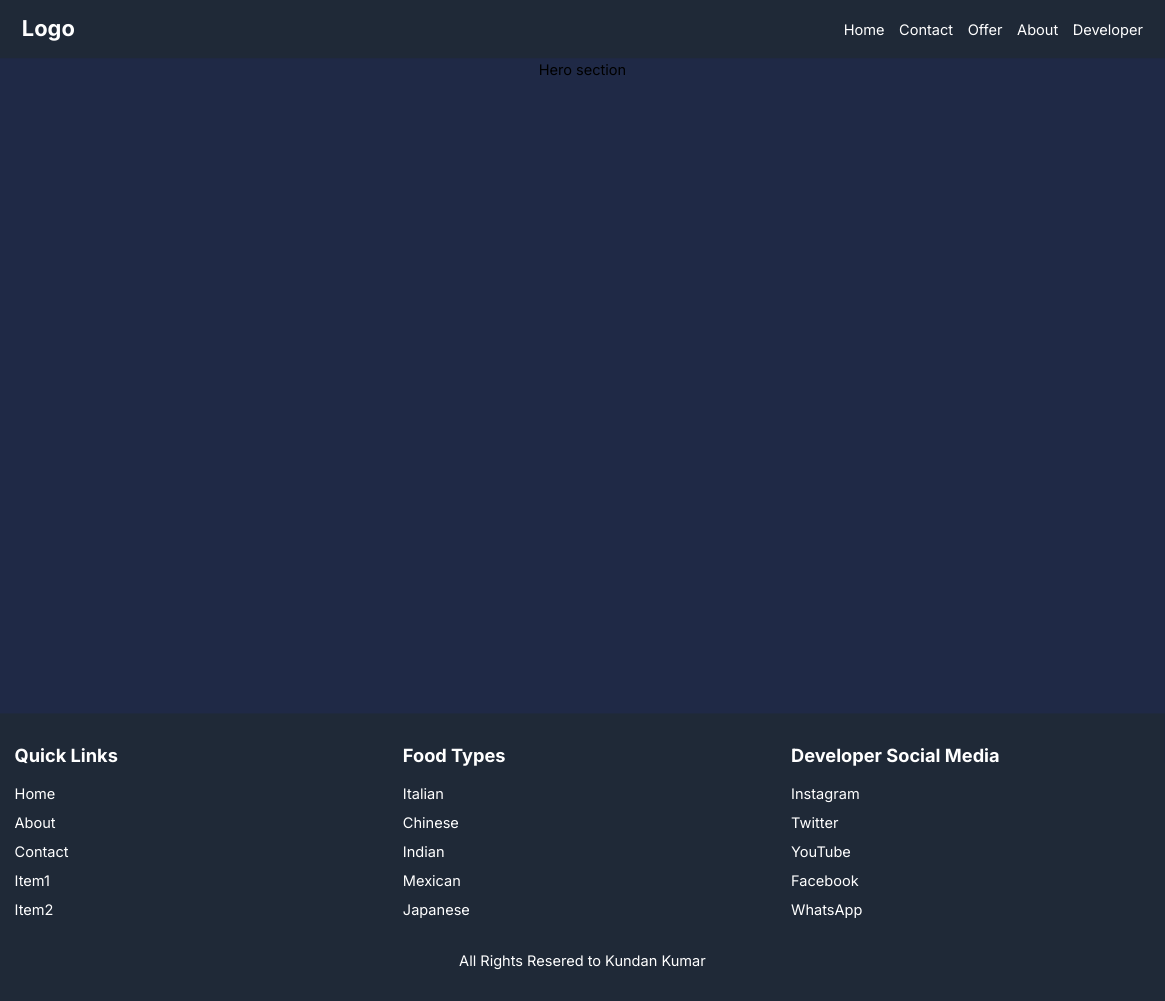
Repository: its-kundan/food-on-time
Page: /
An editor plug-in stored every save of this project. The page is shown before and after a run of saves, followed by the edit.
The browser window is 1280 px wide. The pictures show the whole page, at 91% of full size.
The project was rebuilt for these pictures with package versions that can differ from the ones it lists, and the page was loaded fresh each time. The framework's server and built-in components were replaced by stand-ins that run in the browser. Also part of the build but not shown: next.config.mjs.

Above is the page before, as saved 2024-07-25 09:07:32.

After the next 5 saves:
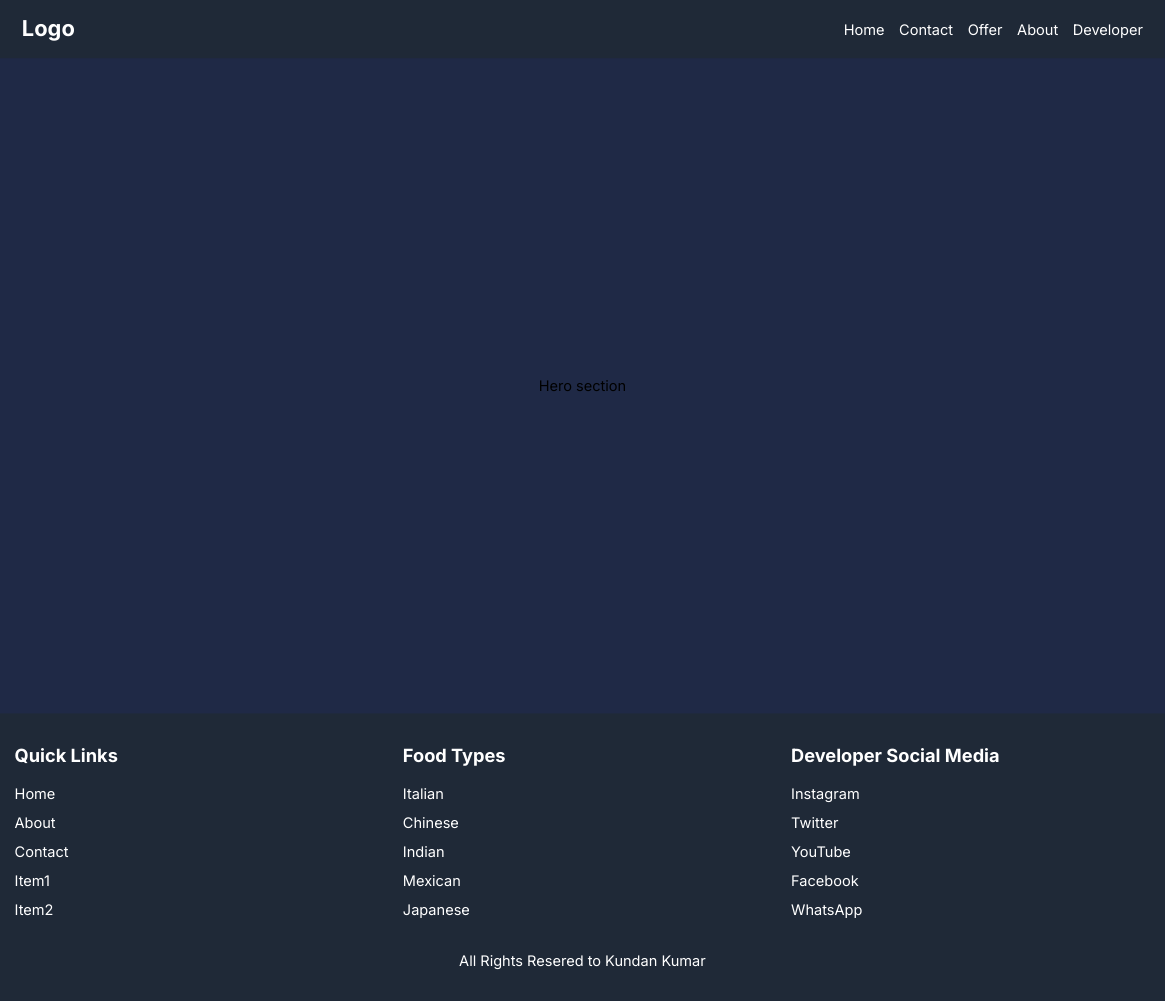
The 5 saves are shown as one change because they came seconds apart.
The last was saved 17 s later.
--- a/src/app/page.js
+++ b/src/app/page.js
@@ -6,7 +6,7 @@ export default function Home() {
   return (
    <main className="bg-grey-800 ">
     <Header/>
-    <div className="h-screen w-screen flex justify-center"> Hero section</div>
+    <div className="h-screen w-screen flex justify-center items-center"> Hero section</div>
     <Footer/>
 
 
